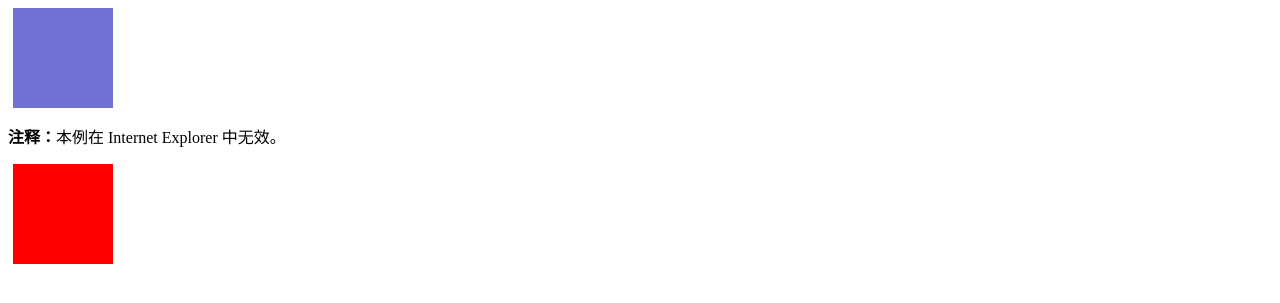
Repository: YukiXueyan/moquWebsite
Page: html/动画.html
An editor plug-in stored every save of this project. The page is shown before and after the next save, followed by the edit.
The browser window is 1280 px wide. The pictures show the whole page.

Above is the page before, as saved 2020-07-05 16:53:41.

### html/动画.html
<!DOCTYPE html>
<html>
<head>
<style>
div{
    margin: 5px;
}
#d1 {
width:100px;
height:100px;
background:skyblue;
animation:myfirst1 10s;
margin: 5px;
}

@keyframes myfirst1
{
from {background:skyblue;}
to {background:slateblue;}
}
#d2{
width:100px;
height:100px;
background:red;
animation:myfirst 5s;

}

@keyframes myfirst
{
0%   {background:red;}
25%  {background:yellow;}
50%  {background:blue;}
100% {background:green;}
}



</style>
</head>
<body>

<div id="d1"></div>
<p><b>注释：</b>本例在 Internet Explorer 中无效。</p>
<div id="d2"></div>
</body>
</html>

After the next save:
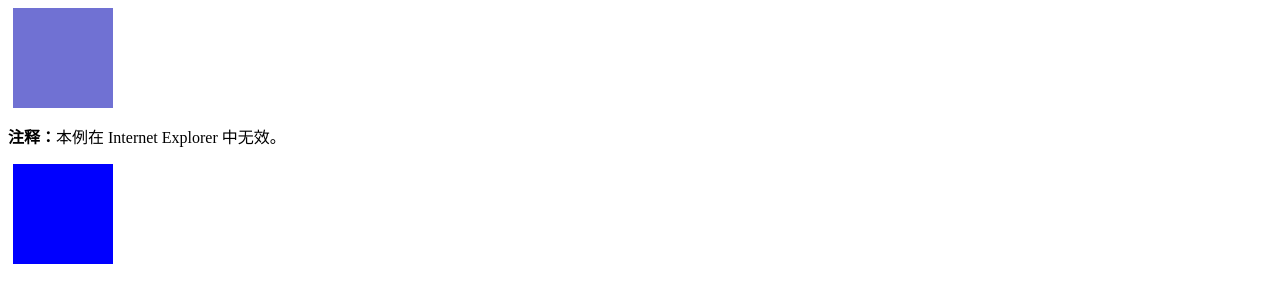
Saved 12 s later.
--- a/html/动画.html
+++ b/html/动画.html
@@ -22,11 +22,11 @@ to {background:slateblue;}
 width:100px;
 height:100px;
 background:red;
-animation:myfirst 5s;
+animation:myfirst2 10s;
 
 }
 
-@keyframes myfirst
+@keyframes myfirst2
 {
 0%   {background:red;}
 25%  {background:yellow;}
